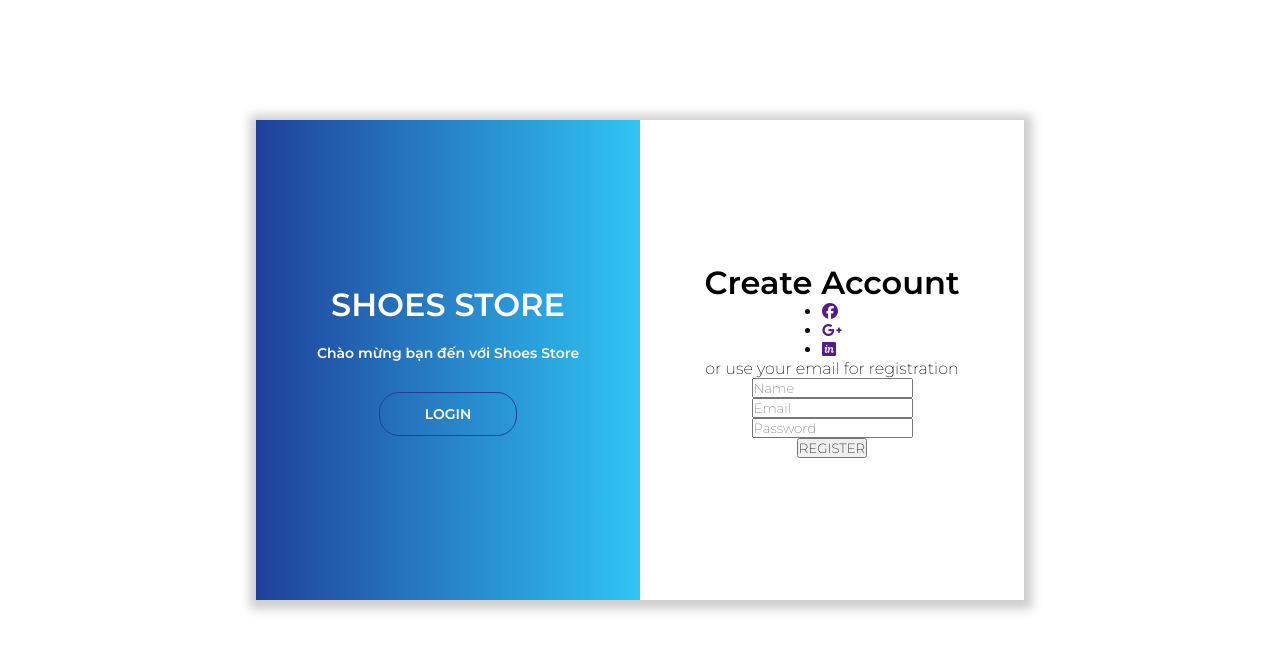
Repository: levananh202ht/Shoes-Store
Page: FondEnd/Styles/Register.html
These files come from the project's save history. The page is drawn as it stood at one moment and after the next save; the edit follows.
The browser window is 1280 px wide. The pictures show the whole page.

Above is the page before, as saved 2023-12-23 14:12:56.

After the next save:
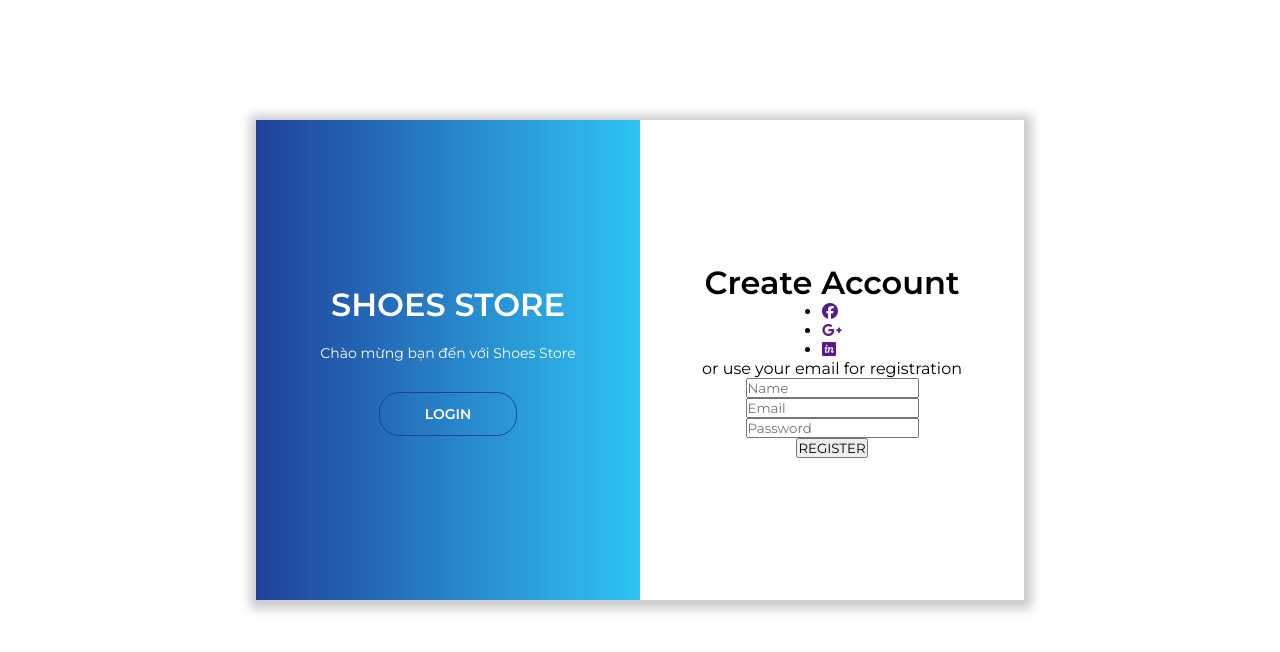
Saved 41 s later.
--- a/FondEnd/Styles/Register.css
+++ b/FondEnd/Styles/Register.css
@@ -1,5 +1,4 @@
-@import url('https://fonts.googleapis.com/css2?family=Montserrat:ital,wght@0,200;0,600;1,200;1,600&display=swap');
-
+@import url('https://fonts.googleapis.com/css2?family=Montserrat:ital,wght@0,200;0,300;0,400;0,500;0,600;1,200;1,300;1,400;1,500;1,600&display=swap');
 * {
     margin: 0;
     padding: 0;
@@ -34,7 +33,7 @@ body{
 .container .container_title p {
     margin: 20px 0 30px;
     font-size: 14px;
-    font-weight: 600;
+    font-weight: 400;
 }
 .container .container_title button {
     border-radius: 20px;
